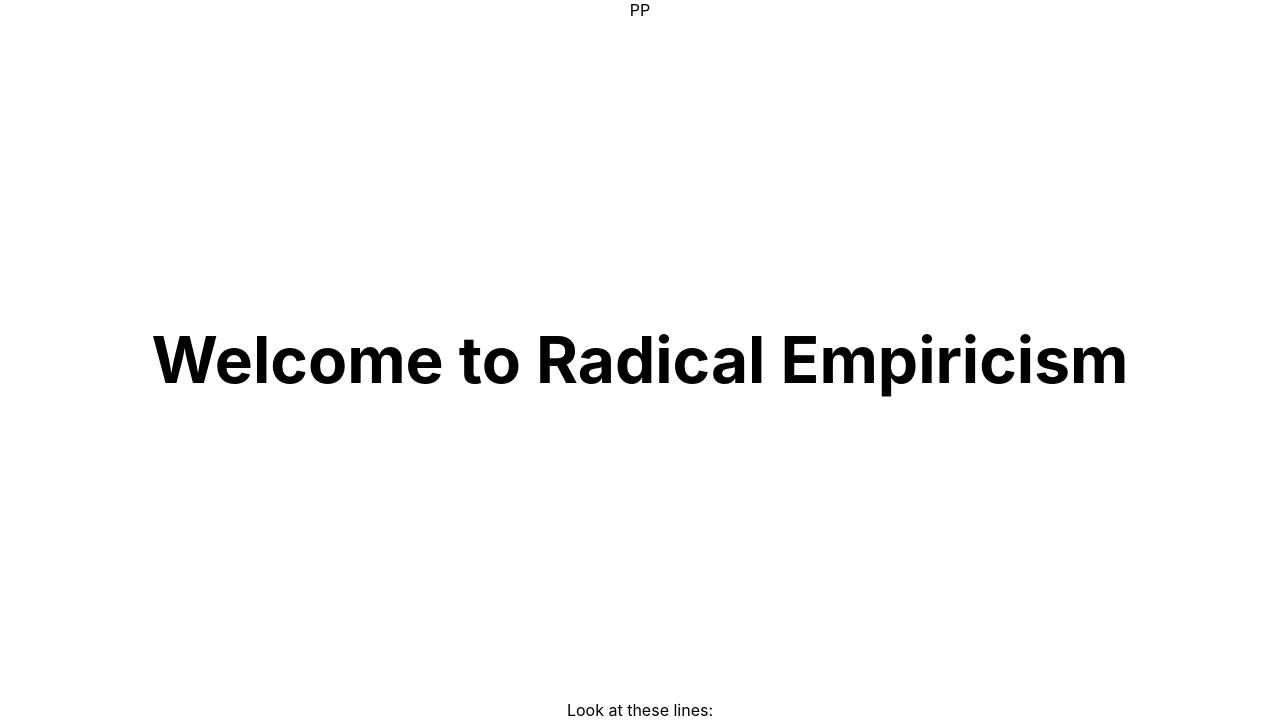
Repository: mcverter/EthicalPataphysicsOfAnarchism
Page: / (app in RadicalEmpiricism/src/nextjs/)
An editor plug-in stored every save of this project. The page is shown before and after the next save, followed by the edit.
The browser window is 1280 px wide. The pictures show the whole page.
The project was rebuilt for these pictures with package versions that can differ from the ones it lists, and the page was loaded fresh each time. The framework's server and built-in components were replaced by stand-ins that run in the browser.

Above is the page before, as saved 2022-01-08 17:28:35.

### RadicalEmpiricism/src/nextjs/pages/index.js
import React, { useEffect, useState } from "react";
import Head from "next/head";
import styles from "../styles/Home.module.css";
import axios from "axios";
import { tiFrench } from "../data/sentences/TIFrenchSentences";
import { tiEnglish } from "../data/sentences/TIEnglishSentences";

let ROOT_URL = "http://localhost:8080/src/data/sentences/";
let TIFrenchSentences, TIEnglishSentences;

export default function Home() {
  //useEffect(() => fetchSentences());
  const [frenchTISentences, setFrenchTISentences] = useState(tiFrench);
  const [englishTISentences, setEnglishTISentences] = useState(tiEnglish);
  console.log(tiFrench, frenchTISentences);
  console.log(tiEnglish, englishTISentences);

  const fetchSentences = () => {
    axios({
      headers: { "Access-Control-Allow-Origin": "*" },
      method: "get",
      url: `${ROOT_URL}TIFrenchSentences.txt`,
    })
      .then(function (response) {
        TIFrenchSentences = response.data.split("\n");
        setFrenchTISentences(TIFrenchSentences);
        debugger;
      })
      .catch((err) => console.error("err", err));
    axios({
      headers: { "Access-Control-Allow-Origin": "*" },
      method: "get",
      url: `${ROOT_URL}TIEnglishSentences.txt`,
    })
      .then(function (response) {
        TIEnglishSentences = response.data.split("\n");
        setEnglishTISentences(TIEnglishSentences);
        debugger;
      })
      .catch((err) => console.error("err", err));
  };

  debugger;
  return (
    <div className={styles.container}>
      <Head>
        <title>Hello Levinas Scholars</title>
      </Head>
      {frenchTISentences &&
        frenchTISentences.length > 0 &&
        englishTISentences &&
        englishTISentences.length > 0 && (
          <div>
            {frenchTISentences[0]}
            {englishTISentences[0]}
          </div>
        )}
      <main className={styles.main}>
        <h1 className={styles.title}>Welcome to Radical Empiricism</h1>
      </main>
      <div>Look at these lines:</div>
    </div>
  );
}

Loaded but not shown: RadicalEmpiricism/src/nextjs/pages/_app.js (common file); RadicalEmpiricism/src/nextjs/styles/globals.css (common file); RadicalEmpiricism/src/nextjs/styles/Home.module.css (common file); RadicalEmpiricism/src/nextjs/data/sentences/TIFrenchSentences.js (library); RadicalEmpiricism/src/nextjs/data/sentences/TIEnglishSentences.js (library)

After the next save:
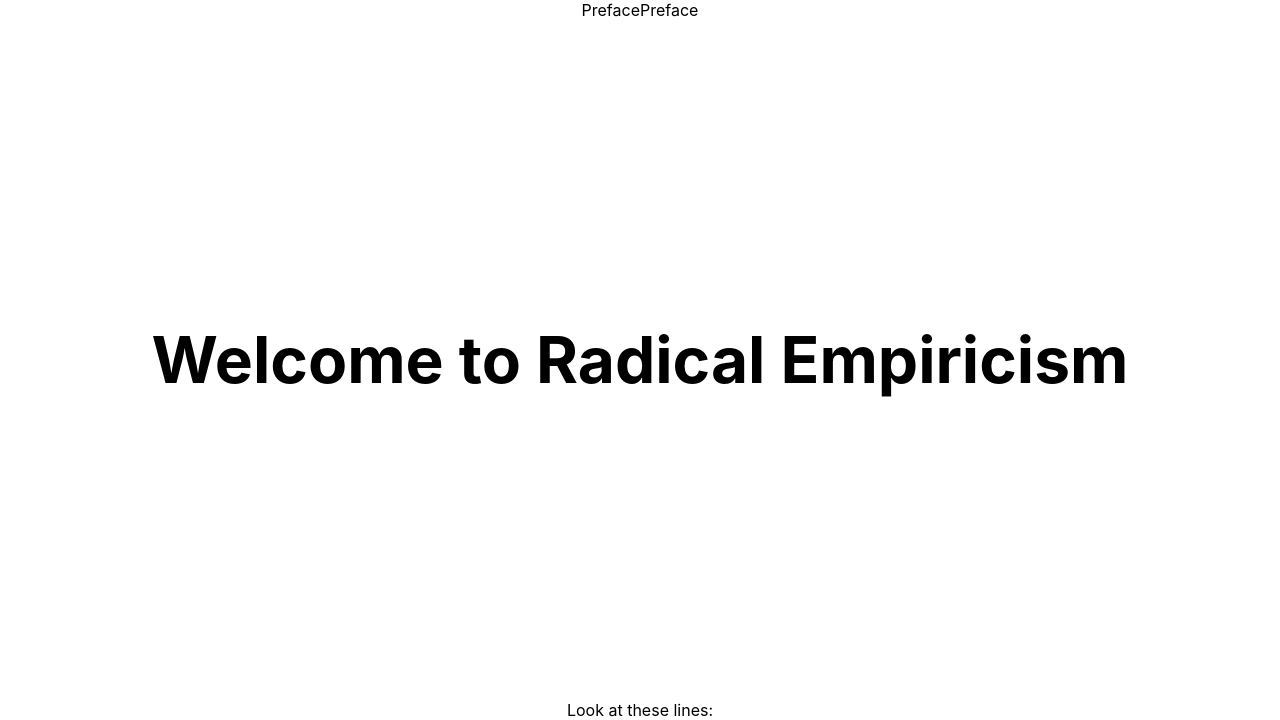
Saved 86 s later.
--- a/RadicalEmpiricism/src/nextjs/pages/index.js
+++ b/RadicalEmpiricism/src/nextjs/pages/index.js
@@ -10,8 +10,12 @@ let TIFrenchSentences, TIEnglishSentences;
 
 export default function Home() {
   //useEffect(() => fetchSentences());
-  const [frenchTISentences, setFrenchTISentences] = useState(tiFrench);
-  const [englishTISentences, setEnglishTISentences] = useState(tiEnglish);
+  const [frenchTISentences, setFrenchTISentences] = useState(
+    tiFrench.split("\n")
+  );
+  const [englishTISentences, setEnglishTISentences] = useState(
+    tiEnglish.split("\n")
+  );
   console.log(tiFrench, frenchTISentences);
   console.log(tiEnglish, englishTISentences);
 
@@ -40,7 +44,6 @@ export default function Home() {
       .catch((err) => console.error("err", err));
   };
 
-  debugger;
   return (
     <div className={styles.container}>
       <Head>
